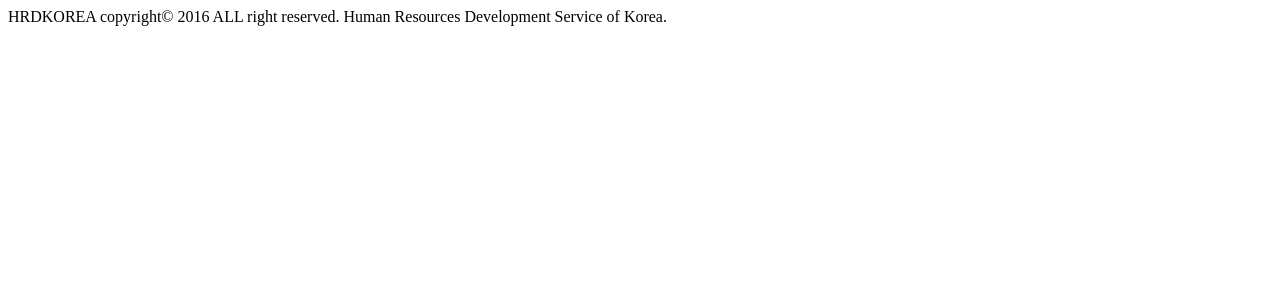
Repository: yongmin0309/smart
Page: http://localhost/MVC_003/view/master/footer.jsp
The author's editor kept a copy of each file at every save. The page is drawn from the files as they stood at one save, then again after the next save.
The browser window is 1280 px wide. The pictures show the whole page.
The page is served by Tomcat 9. Other server files are loaded and not shown.

Above is the page before, as saved 2024-04-01 11:46:02.

### javawork/MVC_003/src/main/webapp/view/master/footer.jsp
<%@ page language="java" contentType="text/html; charset=UTF-8"
    pageEncoding="UTF-8"%>
<footer>
		HRDKOREA copyright&copy; 2016 ALL right reserved. Human
Resources Development Service of Korea.
</footer>

After the next save:
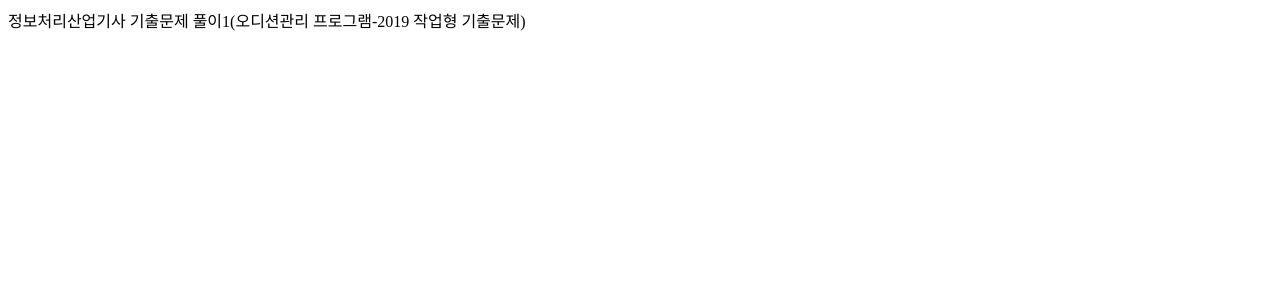
Saved 45 s later.
--- a/javawork/MVC_003/src/main/webapp/view/master/footer.jsp
+++ b/javawork/MVC_003/src/main/webapp/view/master/footer.jsp
@@ -1,6 +1,5 @@
 <%@ page language="java" contentType="text/html; charset=UTF-8"
     pageEncoding="UTF-8"%>
 <footer>
-		HRDKOREA copyright&copy; 2016 ALL right reserved. Human
-Resources Development Service of Korea.
+	정보처리산업기사 기출문제 풀이1(오디션관리 프로그램-2019 작업형 기출문제)
 </footer>
